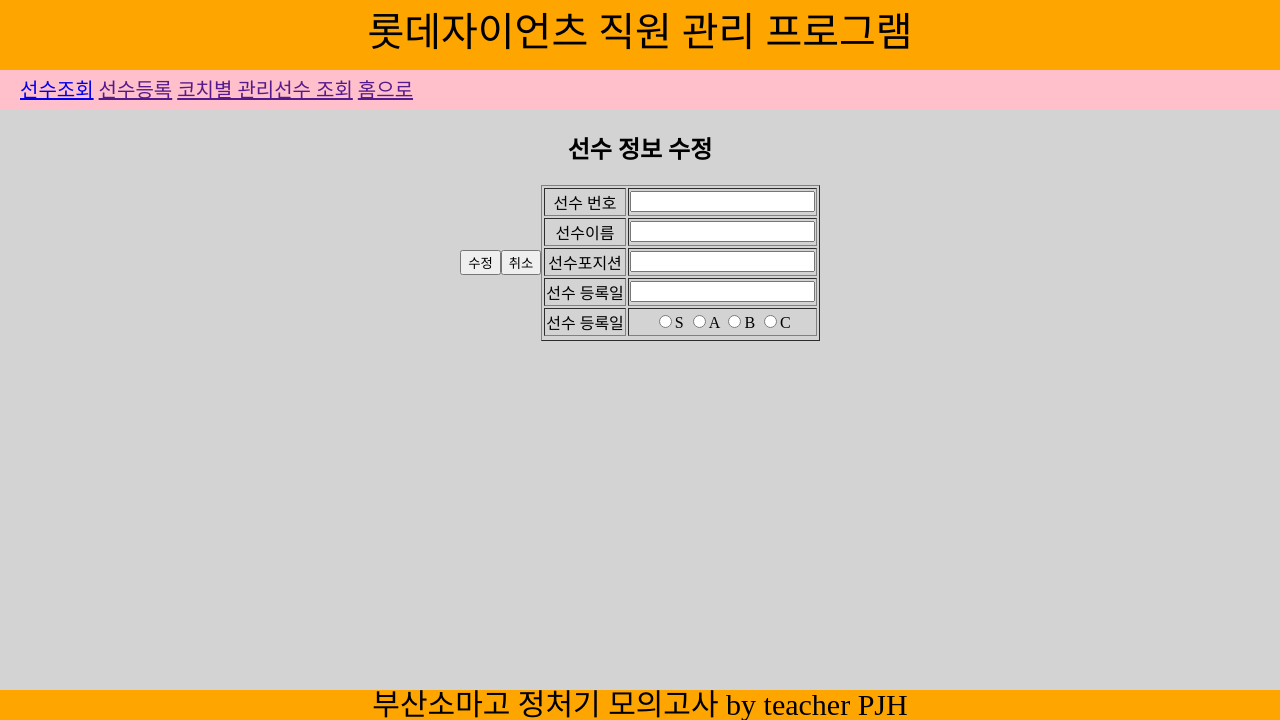
Repository: jeajune0221/information
Page: http://localhost/HRD_2411/update.jsp
An editor plug-in stored every save of this project. The page is shown before and after the next save, followed by the edit.
The browser window is 1280 px wide. The pictures show the whole page.
The page is served by Tomcat 9.

Above is the page before, as saved 2026-03-16 11:13:32.

After the next save:
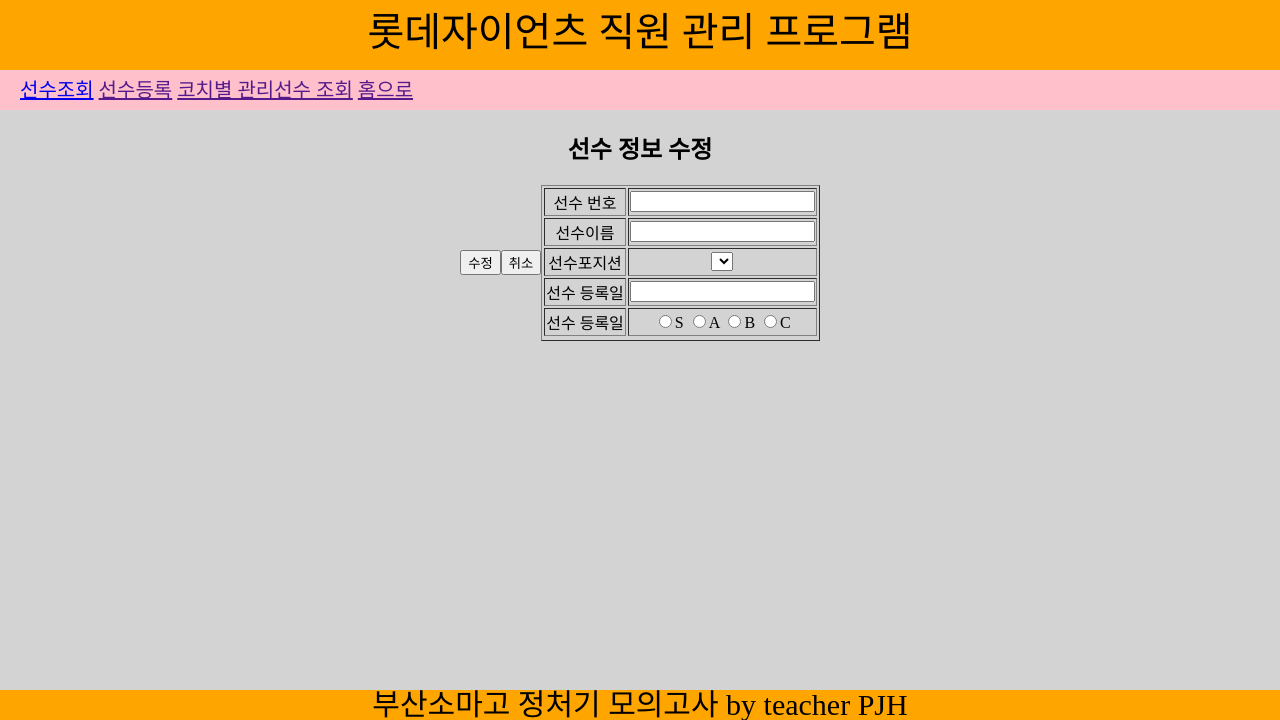
Saved 63 s later.
--- a/hrdkorea/HRD_2411/src/main/webapp/update.jsp
+++ b/hrdkorea/HRD_2411/src/main/webapp/update.jsp
@@ -15,7 +15,7 @@
 <table border = 1>
 <tr>
 <td>선수 번호</td>
-<td><input></td>
+<td><input type ="text" name = "pid"></td>
 </tr>
 <tr>
 <td>선수이름</td>
@@ -23,7 +23,11 @@
 </tr>
 <tr>
 <td>선수포지션</td>
-<td><input></td>
+<td>
+<select>
+
+</select>
+</td>
 </tr>
 <tr>
 <td>선수 등록일</td>
